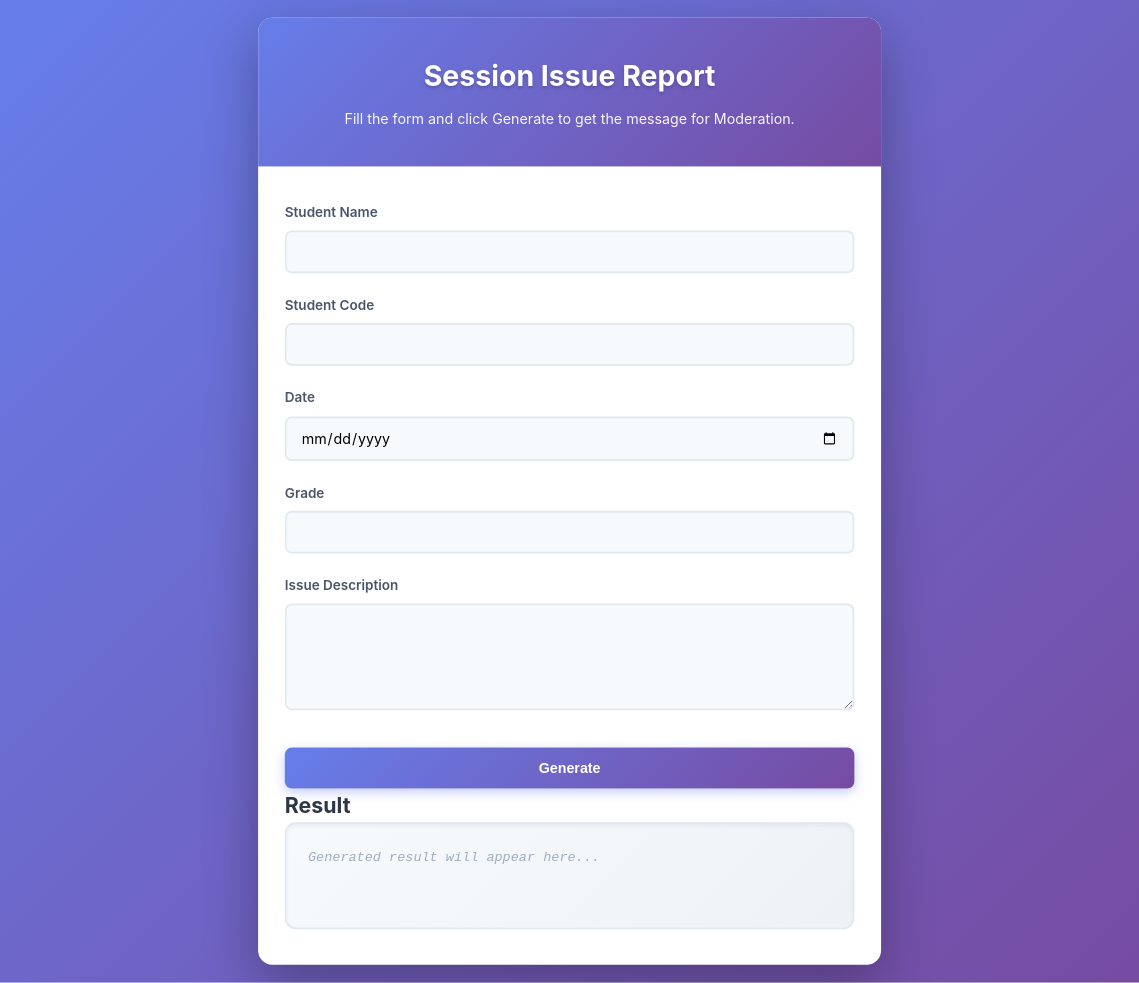
Repository: shklala/feedback-creator
Page: index.html
The author's editor kept a copy of each file at every save. The page is drawn from the files as they stood at one save, then again after the next save.
The browser window is 1280 px wide. The pictures show the whole page, at 89% of full size.

Above is the page before, as saved 2025-11-15 18:51:10.

### index.html
<!DOCTYPE html>
<html lang="en">

<head>
    <meta charset="UTF-8" />
    <title>Session Issue Report Generator</title>
    <style>
        * {
            margin: 0;
            padding: 0;
            box-sizing: border-box;
        }

        body {
            font-family: -apple-system, BlinkMacSystemFont, 'Segoe UI', Roboto, 'Helvetica Neue', Arial, sans-serif;
            background: linear-gradient(135deg, #667eea 0%, #764ba2 100%);
            min-height: 100vh;
            padding: 20px;
            line-height: 1.6;
            color: #333;
        }

        .container {
            max-width: 700px;
            margin: 0 auto;
            background: white;
            border-radius: 16px;
            box-shadow: 0 20px 60px rgba(0, 0, 0, 0.3);
            overflow: hidden;
        }

        .header {
            background: linear-gradient(135deg, #667eea 0%, #764ba2 100%);
            color: white;
            padding: 40px 30px;
            text-align: center;
        }

        h1 {
            font-size: 2rem;
            font-weight: 700;
            margin-bottom: 10px;
            text-shadow: 0 2px 4px rgba(0, 0, 0, 0.2);
        }

        .header p {
            font-size: 1rem;
            opacity: 0.95;
            margin-top: 8px;
        }

        .content {
            padding: 40px 30px;
        }

        .field {
            margin-bottom: 24px;
        }

        label {
            display: block;
            font-weight: 600;
            margin-bottom: 8px;
            color: #4a5568;
            font-size: 0.95rem;
        }

        input,
        textarea {
            width: 100%;
            padding: 12px 16px;
            box-sizing: border-box;
            border: 2px solid #e2e8f0;
            border-radius: 8px;
            font-size: 1rem;
            font-family: inherit;
            transition: all 0.3s ease;
            background: #f7fafc;
        }

        input:focus,
        textarea:focus {
            outline: none;
            border-color: #667eea;
            background: white;
            box-shadow: 0 0 0 3px rgba(102, 126, 234, 0.1);
        }

        input:hover,
        textarea:hover {
            border-color: #cbd5e0;
        }

        textarea {
            min-height: 120px;
            resize: vertical;
        }

        button {
            width: 100%;
            padding: 14px 24px;
            background: linear-gradient(135deg, #667eea 0%, #764ba2 100%);
            color: white;
            border: none;
            border-radius: 8px;
            font-size: 1rem;
            font-weight: 600;
            cursor: pointer;
            margin-top: 10px;
            transition: all 0.3s ease;
            box-shadow: 0 4px 12px rgba(102, 126, 234, 0.4);
        }

        button:hover {
            transform: translateY(-2px);
            box-shadow: 0 6px 20px rgba(102, 126, 234, 0.5);
        }

        button:active {
            transform: translateY(0);
        }

        .result-section {
            margin-top: 40px;
        }

        .result-header {
            display: flex;
            justify-content: space-between;
            align-items: center;
            margin-bottom: 16px;
        }

        h2 {
            color: #2d3748;
            font-size: 1.5rem;
            font-weight: 700;
            margin: 0;
        }

        .copy-button {
            display: flex;
            align-items: center;
            gap: 8px;
            padding: 10px 16px;
            background: linear-gradient(135deg, #667eea 0%, #764ba2 100%);
            color: white;
            border: none;
            border-radius: 8px;
            font-size: 0.9rem;
            font-weight: 600;
            cursor: pointer;
            transition: all 0.3s ease;
            box-shadow: 0 2px 8px rgba(102, 126, 234, 0.3);
        }

        .copy-button:hover {
            transform: translateY(-2px);
            box-shadow: 0 4px 12px rgba(102, 126, 234, 0.4);
        }

        .copy-button:active {
            transform: translateY(0);
        }

        .copy-button.copied {
            background: linear-gradient(135deg, #48bb78 0%, #38a169 100%);
            box-shadow: 0 2px 8px rgba(72, 187, 120, 0.3);
        }

        .copy-icon {
            width: 18px;
            height: 18px;
            fill: currentColor;
        }

        .result-wrapper {
            position: relative;
        }

        #outputBox {
            border: 2px solid #e2e8f0;
            border-radius: 12px;
            padding: 24px;
            white-space: pre-wrap;
            background: linear-gradient(135deg, #f7fafc 0%, #edf2f7 100%);
            font-family: 'Courier New', monospace;
            font-size: 0.95rem;
            line-height: 1.8;
            color: #2d3748;
            min-height: 120px;
            transition: all 0.3s ease;
            word-wrap: break-word;
            box-shadow: inset 0 2px 4px rgba(0, 0, 0, 0.06);
        }

        #outputBox:not(:empty) {
            border-color: #667eea;
            background: linear-gradient(135deg, #ffffff 0%, #f7fafc 100%);
            box-shadow: 0 4px 16px rgba(102, 126, 234, 0.15), inset 0 1px 2px rgba(0, 0, 0, 0.05);
        }

        #outputBox:empty::before {
            content: "Generated result will appear here...";
            color: #a0aec0;
            font-style: italic;
        }

        .copy-feedback {
            position: absolute;
            top: -40px;
            right: 0;
            background: #48bb78;
            color: white;
            padding: 8px 16px;
            border-radius: 6px;
            font-size: 0.85rem;
            font-weight: 600;
            opacity: 0;
            transform: translateY(-10px);
            transition: all 0.3s ease;
            pointer-events: none;
            box-shadow: 0 4px 12px rgba(72, 187, 120, 0.3);
        }

        .copy-feedback.show {
            opacity: 1;
            transform: translateY(0);
        }

        @media (max-width: 768px) {
            body {
                padding: 10px;
            }

            .header {
                padding: 30px 20px;
            }

            h1 {
                font-size: 1.5rem;
            }

            .content {
                padding: 30px 20px;
            }
        }
    </style>
</head>

<body>
    <div class="container">
        <div class="header">
            <h1>Session Issue Report</h1>
            <p>Fill the form and click Generate to get the message for Moderation.</p>
        </div>

        <div class="content">
            <form id="dataForm">
                <div id="questions"></div>
                <button type="submit">Generate</button>
            </form>

            <h2>Result</h2>
            <div id="outputBox"></div>
        </div>
    </div>

    <script>
        const templateConfig = {
            title: "Moderation Issue Report",
            fields: [
                { name: "studentName", label: "Student Name", type: "text" },
                { name: "studentCode", label: "Student Code", type: "text" },
                { name: "date", label: "Date", type: "date" },
                { name: "grade", label: "Grade", type: "text" },
                { name: "issue", label: "Issue Description", type: "textarea" }
            ],
            outputTemplate: `
      @channel
Session Issue Report

Student Name: {{studentName}}
Student Code: {{studentCode}}
Date: {{date}}
Grade: {{grade}}

Issue:
{{issue}}

Please check and resolve this issue for the session.
Thank you.
`
        };

        const questionsDiv = document.getElementById("questions");

        templateConfig.fields.forEach(field => {
            const wrapper = document.createElement("div");
            wrapper.className = "field";

            const label = document.createElement("label");
            label.textContent = field.label;
            label.setAttribute("for", field.name);

            let input;

            if (field.type === "textarea") {
                input = document.createElement("textarea");
            } else {
                input = document.createElement("input");
                input.type = field.type;
            }

            input.id = field.name;
            input.name = field.name;

            wrapper.appendChild(label);
            wrapper.appendChild(input);
            questionsDiv.appendChild(wrapper);
        });

        const form = document.getElementById("dataForm");
        const outputBox = document.getElementById("outputBox");

        form.addEventListener("submit", function (e) {
            e.preventDefault();

            const formData = new FormData(form);
            let result = templateConfig.outputTemplate;

            result = result.replace(/{{(.*?)}}/g, (match, fieldName) => {
                const value = formData.get(fieldName.trim());
                return value || "(missing)";
            });

            outputBox.textContent = result.trim();
        });
    </script>

</body>

</html>

After the next save:
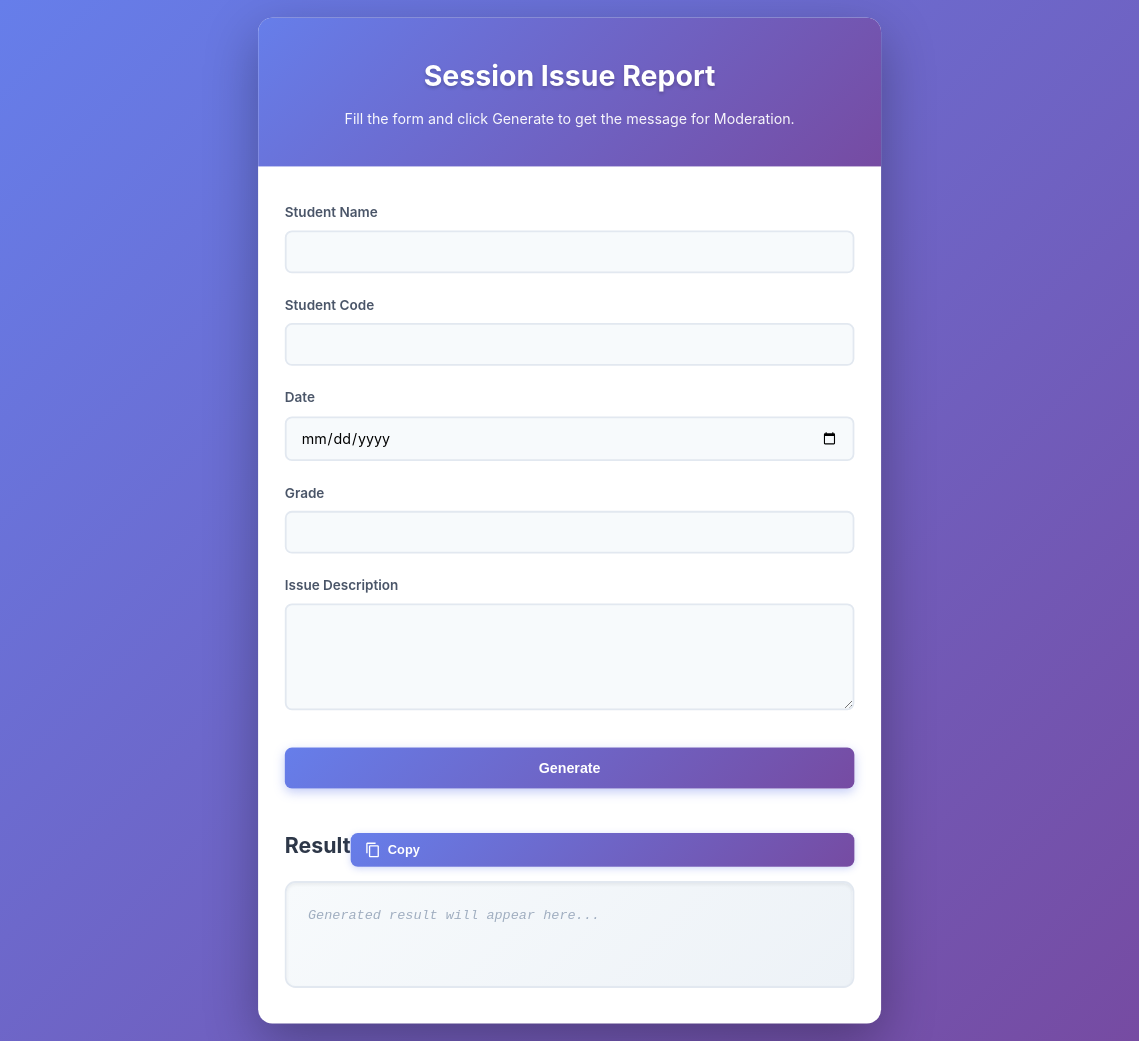
Saved 6 s later.
--- a/index.html
+++ b/index.html
@@ -261,8 +261,21 @@
                 <button type="submit">Generate</button>
             </form>
 
-            <h2>Result</h2>
-            <div id="outputBox"></div>
+            <div class="result-section">
+                <div class="result-header">
+                    <h2>Result</h2>
+                    <button class="copy-button" id="copyButton" title="Copy to clipboard">
+                        <svg class="copy-icon" viewBox="0 0 24 24" xmlns="http://www.w3.org/2000/svg">
+                            <path d="M16 1H4c-1.1 0-2 .9-2 2v14h2V3h12V1zm3 4H8c-1.1 0-2 .9-2 2v14c0 1.1.9 2 2 2h11c1.1 0 2-.9 2-2V7c0-1.1-.9-2-2-2zm0 16H8V7h11v14z"/>
+                        </svg>
+                        <span id="copyButtonText">Copy</span>
+                    </button>
+                </div>
+                <div class="result-wrapper">
+                    <div class="copy-feedback" id="copyFeedback">Copied!</div>
+                    <div id="outputBox"></div>
+                </div>
+            </div>
         </div>
     </div>
 
